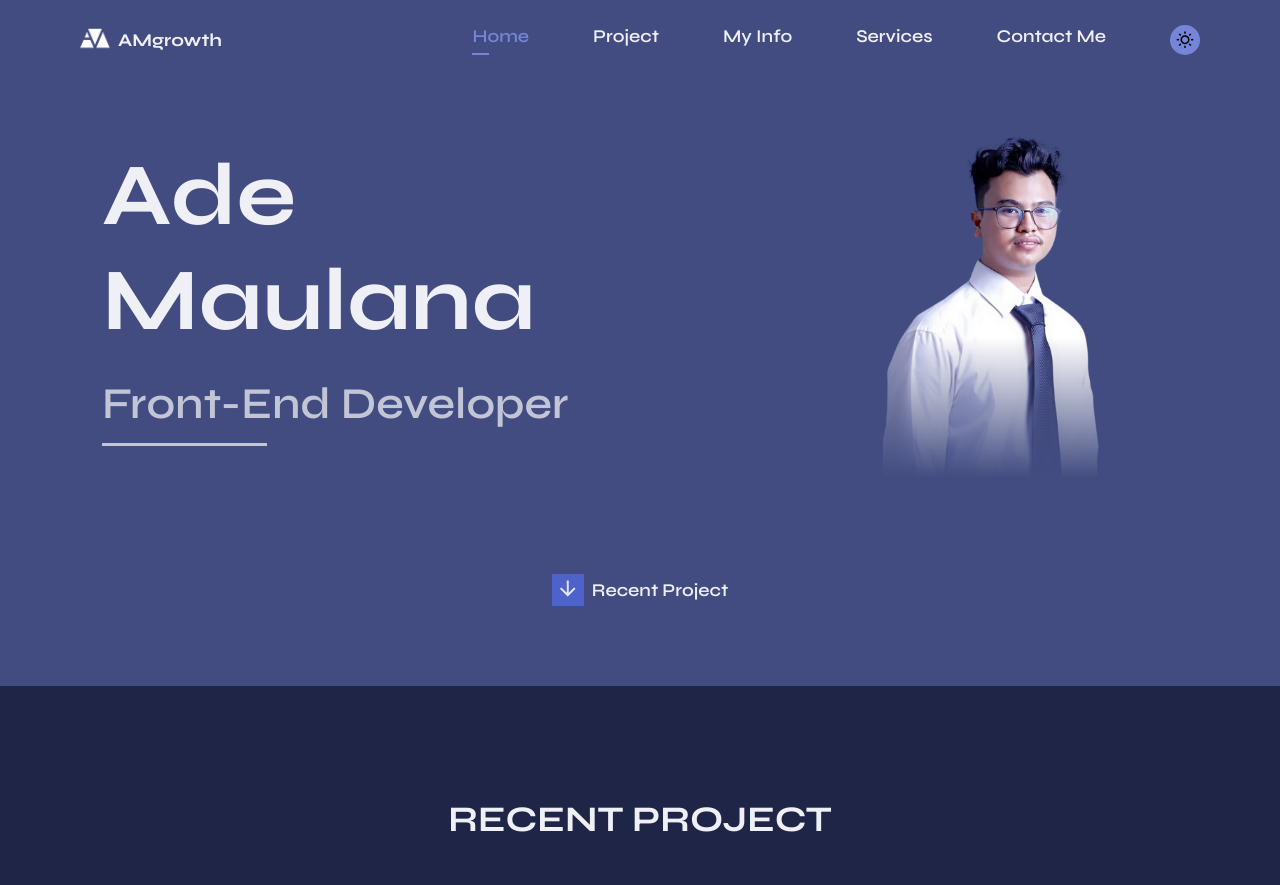
Repository: Ademaulana100499/portofolio
Page: index.html
These files come from the project's save history. The page is drawn as it stood at one moment and after the next save; the edit follows.
The browser window is 1280 px wide. The pictures show the part of the page from y = 0 to 885 px (the page is 6336 px tall).
A picture or video elsewhere on the page could not be fetched, so the positions and the page height are approximate. Some web fonts or font styles are not loaded; a fallback is used.

Above is the page before, as saved 2024-12-02 14:09:25.

### index.html
<!DOCTYPE html>
<html lang="en">
  <head>
    <meta charset="UTF-8" />
    <meta name="viewport" content="width=device-width, initial-scale=1.0" />
    <title>AMgrowth</title>
    <link rel="shortcut icon" href="assets/img/Favicon.png" />
    <link
      href="https://cdn.jsdelivr.net/npm/remixicon/fonts/remixicon.css"
      rel="stylesheet"
    />
    <link rel="stylesheet" href="assets/css/style.css" />
  </head>
  <body>
    <!-- HEADER -->
    <header class="header" id="header">
      <nav class="nav container">
        <a href="#" class="nav__logo">
          <img
            src="assets/img/Logo White.png"
            alt="logo"
            class="nav__logo-img"
          />AMgrowth</a
        >
        <div class="nav__menu" id="nav-menu">
          <ul class="nav__list">
            <li>
              <a href="#home" class="nav__link active-link">Home</a>
            </li>
            <li>
              <a href="#project" class="nav__link">Project</a>
            </li>
            <li>
              <a href="#info" class="nav__link">My Info</a>
            </li>
            <li>
              <a href="#services" class="nav__link">Services</a>
            </li>
            <li>
              <a href="#contact" class="nav__link">Contact Me</a>
            </li>
            <li>
              <button id="theme-switch">
                <i class="ri-sun-line"></i>
                <i class="ri-moon-line"></i>
              </button>
            </li>
          </ul>

          <!-- Close Button -->
          <div class="nav__close" id="nav-close">
            <i class="ri-close-line"></i>
          </div>
        </div>

        <!-- Toggle Button -->
        <div class="nav__toggle" id="nav-toggle">
          <i class="ri-menu-line"></i>
        </div>
      </nav>
    </header>

    <!-- MAIN -->
    <main class="main" id="main">
      <!-- HOME -->
      <section class="home section" id="home">
        <div class="home__container container grid">
          <img src="assets/img/Photo.png" alt="image" class="home__img" />
          <div class="home__data">
            <h1 class="home__name">
              Ade <br />
              Maulana
            </h1>
            <h3 class="home__profession">Front-End Developer</h3>
          </div>
          <a href="#project" class="home__scroll">
            <div class="home__scroll-box">
              <i class="ri-arrow-down-line"></i>
            </div>
            <span class="home__scroll-text">Recent Project</span>
          </a>
        </div>
      </section>
      <!-- PROJECT -->
      <section class="project section" id="project">
        <h2 class="section__title">RECENT PROJECT</h2>
        <div class="project__container container grid">
          <article class="project__card">
            <a href="#" target="_blank" class="project__overlay"></a
            ><a href="#" target="_blank" class="project__link">
              <h2 class="project__title">To-Do List Website</h2>
              <p class="project__description">
                This To-Do List web application features a simple interface and
                dynamic functionality to help users manage their daily tasks
                with ease.
              </p>
              <img
                src="assets/img/to-do-list-web.png"
                alt="image"
                class="project__img"
              />
              <i class="ri-arrow-right-line"> </i>
            </a>
          </article>
          <article class="project__card">
            <a href="#" target="_blank" class="project__overlay"></a
            ><a href="#" target="_blank" class="project__link">
              <h2 class="project__title">Cafe Website</h2>
              <p class="project__description">
                This Cafe website provides an interactive platform for users to
                explore the menu, place orders, and learn more about the cafe’s
                offerings and services.
              </p>
              <img
                src="assets/img/cafe web.jpg"
                alt="image"
                class="project__img"
              />
              <i class="ri-arrow-right-line"> </i>
            </a>
          </article>
          <article class="project__card">
            <a href="#" target="_blank" class="project__overlay"></a
            ><a href="#" target="_blank" class="project__link">
              <h2 class="project__title">Movie Website</h2>
              <p class="project__description">
                This Movie website allows users to browse and discover a variety
                of movies, view details, and explore ratings and reviews.
              </p>
              <img
                src="assets/img/movies web.png"
                alt="image"
                class="project__img"
              />
              <i class="ri-arrow-right-line"> </i>
            </a>
          </article>
          <article class="project__card">
            <a href="#" target="_blank" class="project__overlay"></a
            ><a href="#" target="_blank" class="project__link">
              <h2 class="project__title">Blog Website</h2>
              <p class="project__description">
                This Blog website offers a platform for users to read, share,
                and comment on various articles, fostering a community of
                discussion and knowledge sharing.
              </p>
              <img
                src="assets/img/blog web.jpg"
                alt="image"
                class="project__img"
              />
              <i class="ri-arrow-right-line"> </i>
            </a>
          </article>
          <article class="project__card">
            <a href="#" target="_blank" class="project__overlay"></a
            ><a href="#" target="_blank" class="project__link">
              <h2 class="project__title">Fitness Website</h2>
              <p class="project__description">
                This Fitness website provides users with workout plans,
                nutrition tips, and progress tracking to help them achieve their
                fitness goals.
              </p>
              <img
                src="assets/img/fittnes web.avif"
                alt="image"
                class="project__img"
              />
              <i class="ri-arrow-right-line"> </i>
            </a>
          </article>
        </div>
      </section>
      <!-- INFO -->
      <section class="info section" id="info">
        <h2 class="section__title">MY INFO</h2>
        <div class="info__container container grid">
          <!-- ABOUT -->
          <div class="about grid">
            <div class="about__content">
              <h3 class="info__title">About Me</h3>
              <p class="about__description">
                I am a <strong>Front-End Web Developer</strong> skilled in
                designing and building <strong>responsive</strong>, interactive
                web interfaces using <strong>HTML</strong>,
                <strong>CSS</strong>, and <strong>JavaScript</strong>. With
                experience in <strong>React.js</strong>, I focus on creating
                visually appealing and functional websites that enhance
                <strong>user experience</strong> across devices. I stay updated
                with the latest technologies to deliver creative and efficient
                solutions.
              </p>

              <a
                href="assets/pdf/CV Ade Maulana.pdf"
                download="CV Ade Maulana.pdf"
                target="_blank"
                class="button about__button"
                >Download CV</a
              >
            </div>

            <img src="assets/img/Photo2.png" alt="image" class="about__img" />
          </div>
          <!-- EXPERIENCE -->
          <div class="experience">
            <h3 class="info__title">Experience</h3>
            <div class="experience__content grid">
              <div class="experience__data grid">
                <h2 class="experience__company">
                  PT. Victory Chingluh Indonesia
                </h2>
                <div>
                  <h3 class="experience__professsion">Shipping Officer</h3>
                  <span class="experience__date">12/2018 - 07/2024</span>
                  <p class="experience__description">
                    Experienced in managing delivery orders with high accuracy
                    using Excel, monitoring stock through SAP, and improving
                    operational efficiency and delivery coordination, with
                    skills in logistics management, inventory, and effective
                    communication.
                  </p>
                </div>
              </div>
              <div class="experience__data grid">
                <h2 class="experience__company">
                  PT Midi Utama Indonesia, Tbk
                </h2>
                <div>
                  <h3 class="experience__professsion">Sales Assistant</h3>
                  <span class="experience__date">06/2018 - 12/2018</span>
                  <p class="experience__description">
                    Experienced in delivering excellent customer service,
                    providing clear product information, and staying updated on
                    new products and promotions to boost customer satisfaction
                    and engagement. Skilled in promoting products and exceeding
                    sales targets through proactive interactions and
                    recommendations, with a focus on teamwork and adaptability.
                  </p>
                </div>
              </div>
              <div class="experience__data grid">
                <h2 class="experience__company">CV Radjawali</h2>
                <div>
                  <h3 class="experience__professsion">Printing Operator</h3>
                  <span class="experience__date">07/2017 - 05/2018</span>
                  <p class="experience__description">
                    Experienced in accurately preparing print files, ensuring
                    consistent print quality, and reducing the need for
                    reprints. Skilled in maintaining printing machines to
                    enhance operational efficiency, minimize downtime, and boost
                    productivity.
                  </p>
                </div>
              </div>
            </div>
          </div>
          <!-- SKILLS -->
          <div class="skills">
            <h3 class="info__title">Skills</h3>
            <div class="skills__content grid">
              <div class="skills__box">
                <img
                  src="assets/img/html.svg"
                  alt="image"
                  class="skills__img"
                />
                <span class="skills__name">HTML</span>
              </div>
              <div class="skills__box">
                <img src="assets/img/css.svg" alt="image" class="skills__img" />
                <span class="skills__name">CSS</span>
              </div>
              <div class="skills__box">
                <img
                  src="assets/img/javascript.svg"
                  alt="image"
                  class="skills__img"
                />
                <span class="skills__name">JavaScript</span>
              </div>
              <div class="skills__box">
                <img
                  src="assets/img/react.svg"
                  alt="image"
                  class="skills__img"
                />
                <span class="skills__name">React</span>
              </div>
              <div class="skills__box">
                <img src="assets/img/git.svg" alt="image" class="skills__img" />
                <span class="skills__name">Git</span>
              </div>
              <div class="skills__box">
                <img
                  src="assets/img/github.svg"
                  alt="image"
                  class="skills__img"
                />
                <span class="skills__name">GitHub</span>
              </div>
              <div class="skills__box">
                <img
                  src="assets/img/tailwind.png"
                  alt="image"
                  class="skills__img"
                />
                <span class="skills__name">Tailwind</span>
              </div>
              <div class="skills__box">
                <img
                  src="assets/img/bootstrap.png"
                  alt="image"
                  class="skills__img"
                />
                <span class="skills__name">Boostrap</span>
              </div>
              <div class="skills__box">
                <img
                  src="assets/img/figma.svg"
                  alt="image"
                  class="skills__img"
                />
                <span class="skills__name">Figma</span>
              </div>
            </div>
          </div>
        </div>
      </section>
      <!-- SERVICES -->
      <section class="services section" id="services">
        <h2 class="section__title">SERVICES</h2>
        <div class="services__container container grid">
          <article class="services__card">
            <i class="ri-code-box-line services__icon"></i>
            <h3 class="services__title">Web Development</h3>
            <p class="services__description">
              Building functional, secure, and user-friendly websites with
              features tailored to user needs.
            </p>
          </article>
          <article class="services__card">
            <i class="ri-pencil-ruler-2-line services__icon"></i>
            <h3 class="services__title">Web Design</h3>
            <p class="services__description">
              Designing visually appealing and professional website layouts that
              reflect the brand identity and provide an engaging visual
              experience.
            </p>
          </article>
          <article class="services__card">
            <i class="ri-layout-2-line services__icon"></i>
            <h3 class="services__title">Responsive Web Design</h3>
            <p class="services__description">
              Creating responsive websites compatible across various devices,
              ensuring an optimal user experience on desktops, tablets, and
              smartphones.
            </p>
          </article>
        </div>
      </section>
      <!-- CONTACT -->
      <section class="contact section" id="contact">
        <h2 class="section__title">CONTACT ME</h2>
        <div class="contact__container container grid">
          <form action="" class="contact__form grid" id="contact-form">
            <div class="contact__group grid">
              <input
                type="text"
                name="user_name"
                placeholder="Names"
                class="contact__input"
              />
              <input
                type="email"
                name="user_email"
                placeholder="Email"
                class="contact__input"
              />
            </div>
            <textarea
              name="user_message"
              placeholder="Message"
              required
              class="contact__input contact__area"
              id=""
            ></textarea>
            <button class="button contact__button">Send Message</button>
            <p class="contact__message" id="contact-message"></p>
          </form>

          <div class="contact__social grid">
            <a
              href="https://www.linkedin.com/in/ademaulana-/"
              target="_blank"
              class="contact__social-link"
            >
              <i class="ri-linkedin-box-line"></i>
              <span>Linkedin</span>
            </a>
            <a
              href="https://www.instagram.com/ade_maulana._/"
              target="_blank"
              class="contact__social-link"
            >
              <i class="ri-instagram-line"></i>
              <span>Instagram</span>
            </a>
          </div>
        </div>
      </section>
    </main>

    <!-- FOOTER -->
    <footer class="footer" id="footer">
      <div class="footer__container container grid">
        <ul class="footer__links">
          <li>
            <a href="#home" class="footer__link">Home</a>
          </li>
          <li>
            <a href="#project" class="footer__link">Project</a>
          </li>
          <li>
            <a href="#info" class="footer__link">Info</a>
          </li>
        </ul>
        <span class="footer__copy">
          &#169; All rights reserved by Ade Maulana
        </span>
      </div>
    </footer>
    <!-- SCROLL UP -->
    <a href="#" class="scrollup" id="scroll-up">
      <i class="ri-arrow-up-line"></i>
    </a>
    <!-- SCROLLREVEAL -->
    <script src="assets/js/scrollreveal.min.js"></script>
    <!-- EMAIL JS -->
    <script src="https://cdn.jsdelivr.net/npm/@emailjs/browser@4/dist/email.min.js"></script>

    <!-- MAIN JS -->
    <script src="assets/js/main.js"></script>
  </body>
</html>

Loaded but not shown: assets/js/scrollreveal.min.js (library); assets/js/main.js (107 lines, source omitted); assets/css/style.css (841 lines, source omitted)

After the next save:
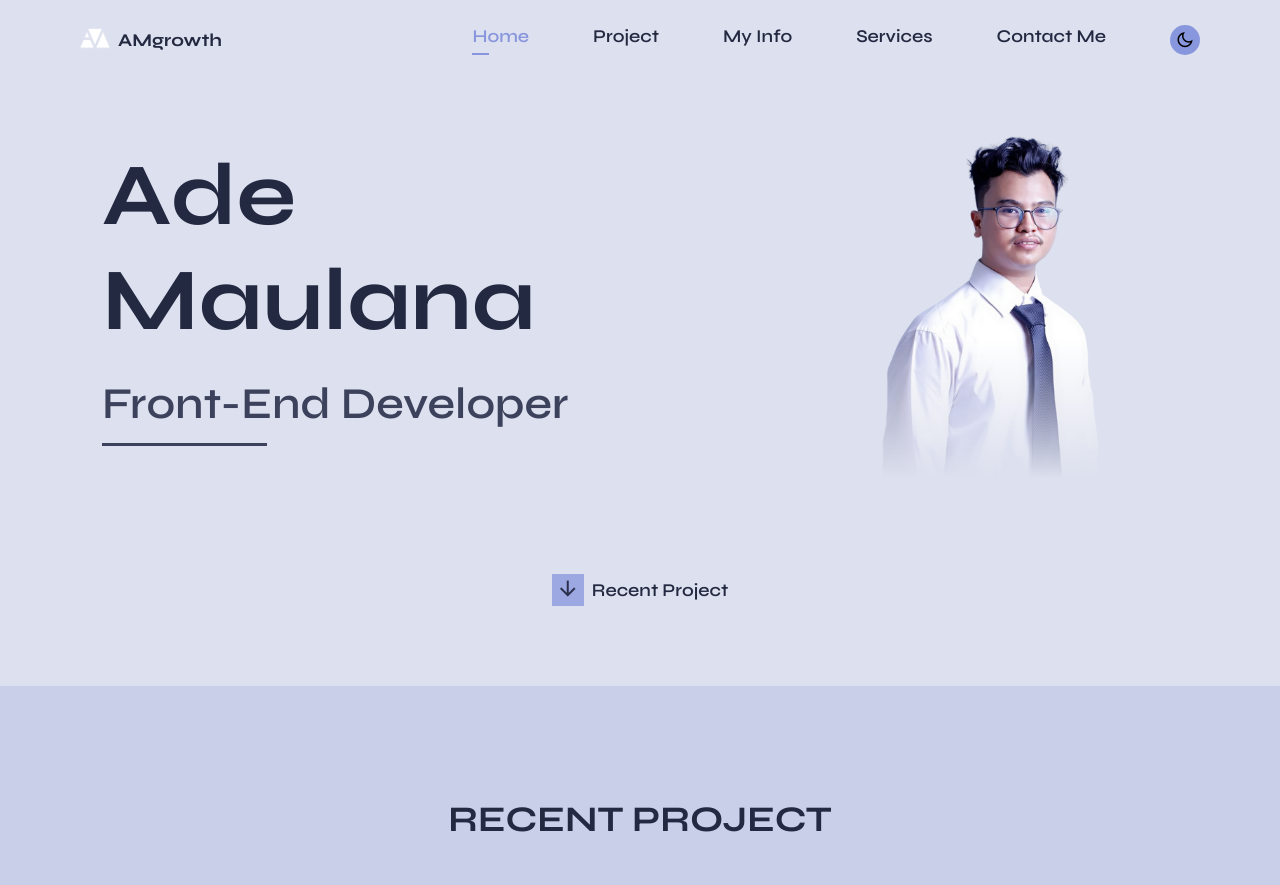
Saved 25 s later.
--- a/index.html
+++ b/index.html
@@ -11,7 +11,7 @@
     />
     <link rel="stylesheet" href="assets/css/style.css" />
   </head>
-  <body>
+  <body class="light-mode">
     <!-- HEADER -->
     <header class="header" id="header">
       <nav class="nav container">

After the save that followed:
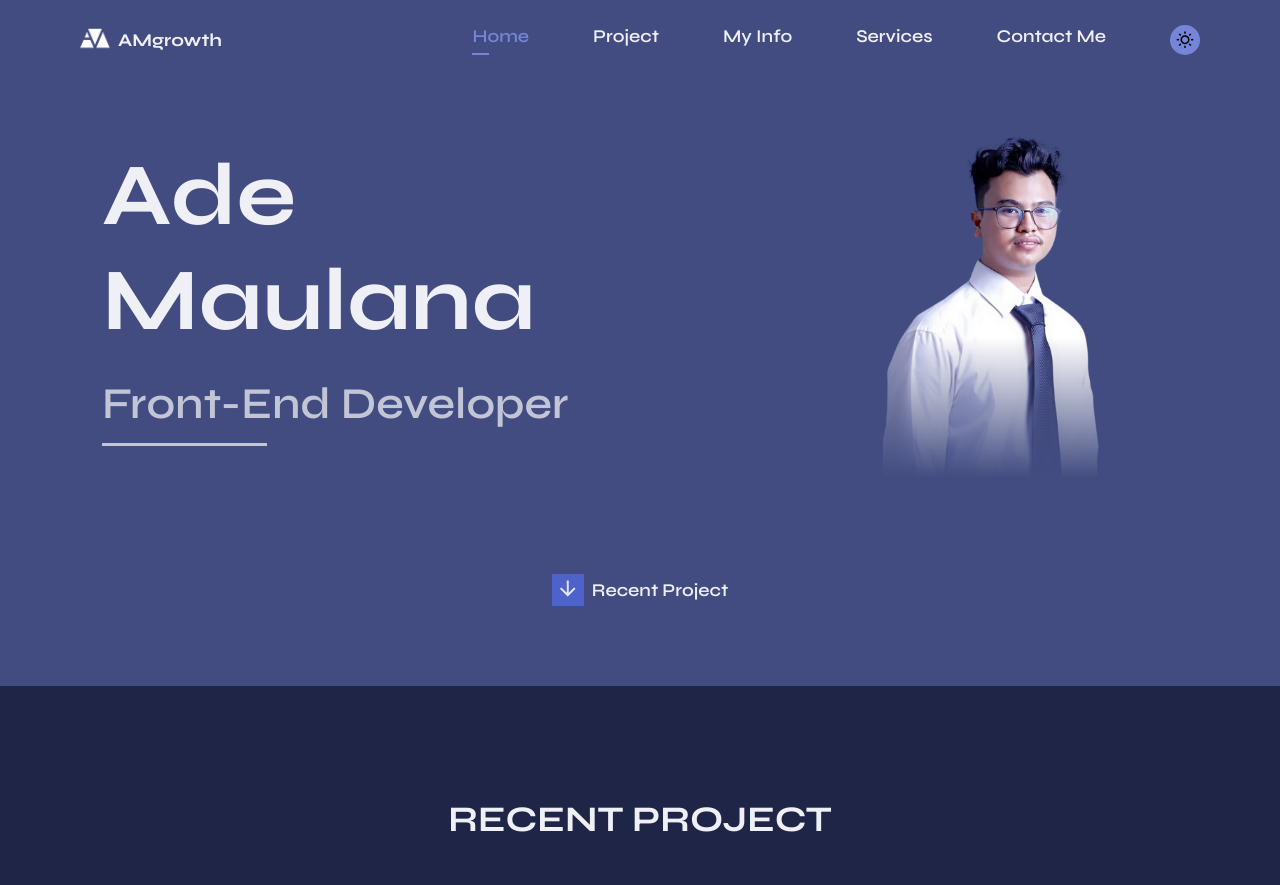
Saved 6 s later.
--- a/index.html
+++ b/index.html
@@ -11,7 +11,7 @@
     />
     <link rel="stylesheet" href="assets/css/style.css" />
   </head>
-  <body class="light-mode">
+  <body class="">
     <!-- HEADER -->
     <header class="header" id="header">
       <nav class="nav container">
